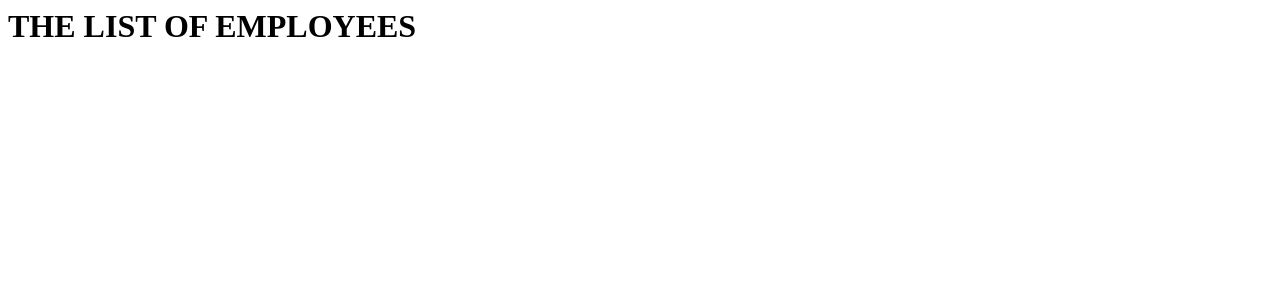
Repository: owuraku/DBC28.1
Page: http://localhost/employees
These files come from the project's save history. The page is drawn as it stood at one moment and after the next save; the edit follows.
The browser window is 1280 px wide. The pictures show the whole page.
The page is served by the project's Laravel application, run on PHP 8.4 with Laravel 10.

Above is the page before, as saved 2023-05-22 10:30:41.

After the next save:
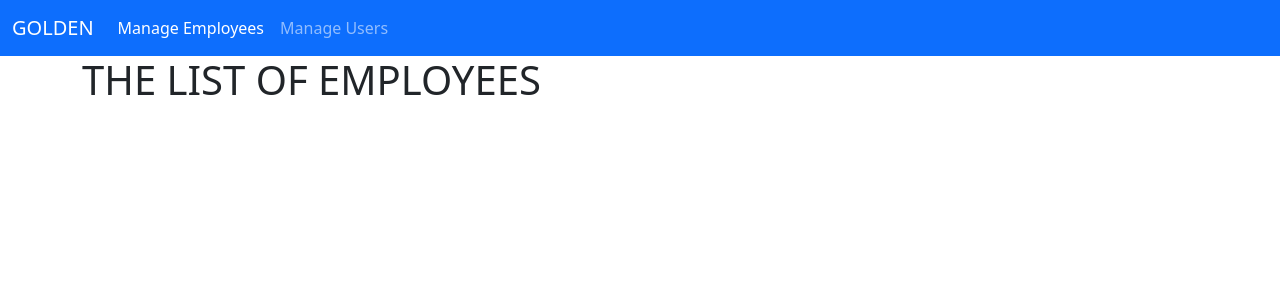
Saved 2 min 23 s later.
--- a/resources/views/employees/list.blade.php
+++ b/resources/views/employees/list.blade.php
@@ -1 +1,7 @@
-<h1>THE LIST OF EMPLOYEES</h1>
+@extends('layout.master')
+
+@section('title', 'List of Emplyees')
+
+@section('content')
+    <h1>THE LIST OF EMPLOYEES</h1>
+@endsection
